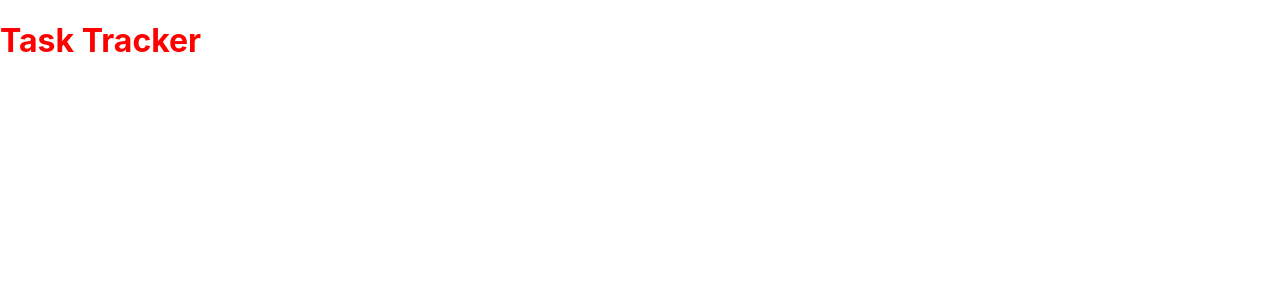
Repository: kate30980/task-tracker-reactjs
Page: /
These files come from the project's save history. The page is drawn as it stood at one moment and after the next save; the edit follows.
The browser window is 1280 px wide. The pictures show the whole page.
The project was rebuilt for these pictures with package versions that can differ from the ones it lists, and the page was loaded fresh each time.

Above is the page before, as saved 2021-09-19 14:28:02.

### public/index.html
<!DOCTYPE html>
<html lang="en">

<head>
  <meta charset="utf-8" />
  <link rel="icon" href="%PUBLIC_URL%/favicon.ico" />
  <meta name="viewport" content="width=device-width, initial-scale=1" />
  <meta name="theme-color" content="#000000" />
  <meta name="description" content="Web site created using create-react-app" />
  <link rel="apple-touch-icon" href="%PUBLIC_URL%/logo192.png" />
  <!--
      manifest.json provides metadata used when your web app is installed on a
      user's mobile device or desktop. See https://developers.google.com/web/fundamentals/web-app-manifest/
    -->
  <link rel="manifest" href="%PUBLIC_URL%/manifest.json" />
  <!--
      Notice the use of %PUBLIC_URL% in the tags above.
      It will be replaced with the URL of the `public` folder during the build.
      Only files inside the `public` folder can be referenced from the HTML.

      Unlike "/favicon.ico" or "favicon.ico", "%PUBLIC_URL%/favicon.ico" will
      work correctly both with client-side routing and a non-root public URL.
      Learn how to configure a non-root public URL by running `npm run build`.
    -->
  <title>Task Tracker</title>
</head>

<body>
  <noscript>You need to enable JavaScript to run this app.</noscript>
  <div id="root"></div>
  <!--
      This HTML file is a template.
      If you open it directly in the browser, you will see an empty page.

      You can add webfonts, meta tags, or analytics to this file.
      The build step will place the bundled scripts into the <body> tag.

      To begin the development, run `npm start` or `yarn start`.
      To create a production bundle, use `npm run build` or `yarn build`.
    -->
</body>

</html>

### src/components/Header.js
import PropTypes from "prop-types";

const Header = ({ title }) => {
  return (
    <header>
      <h1 style={{ color: "red" }}>{title}</h1>
    </header>
  );
};

Header.defaultProps = {
  title: "Task Tracker",
};

Header.propTypes = {
  title: PropTypes.string.isRequired,
};

export default Header;

Loaded but not shown: src/index.js (common file); src/index.css (common file); src/App.js (common file); src/reportWebVitals.js (common file)

After the next save:
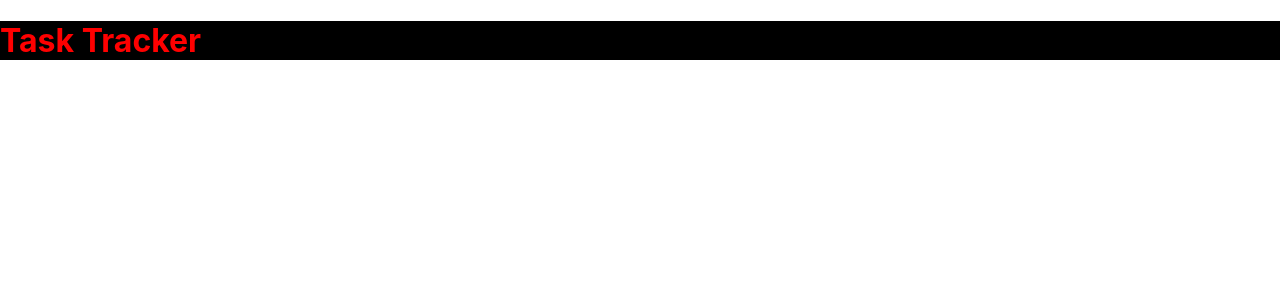
Saved 13 s later.
--- a/src/components/Header.js
+++ b/src/components/Header.js
@@ -3,7 +3,7 @@
 const Header = ({ title }) => {
   return (
     <header>
-      <h1 style={{ color: "red" }}>{title}</h1>
+      <h1 style={{ color: "red", backgroundColor: "black" }}>{title}</h1>
     </header>
   );
 };

After the 2 saves that followed:
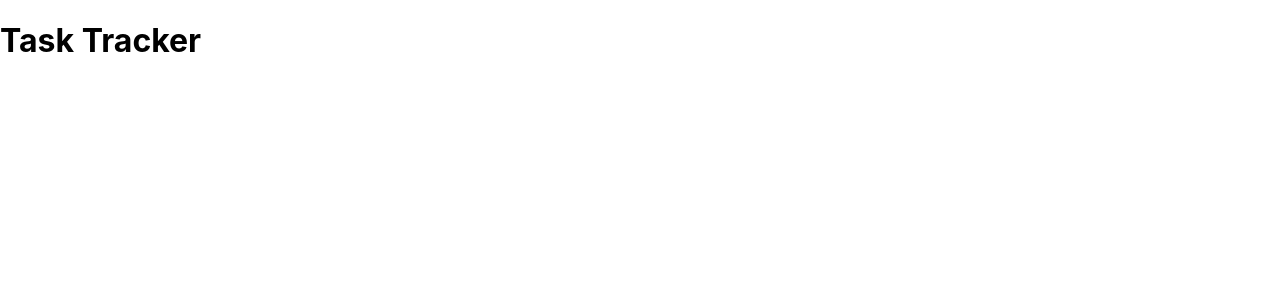
The 2 saves are shown as one change because 1 left the picture as it was.
The last was saved 72 s later.
--- a/src/components/Header.js
+++ b/src/components/Header.js
@@ -3,7 +3,7 @@
 const Header = ({ title }) => {
   return (
     <header>
-      <h1 style={{ color: "red", backgroundColor: "black" }}>{title}</h1>
+      <h1>{title}</h1>
     </header>
   );
 };
@@ -15,5 +15,9 @@
 Header.propTypes = {
   title: PropTypes.string.isRequired,
 };
-
+// css in js
+// const headingStyle = {
+//   color: "red",
+//   backgroundColor: "black",
+// };
 export default Header;
